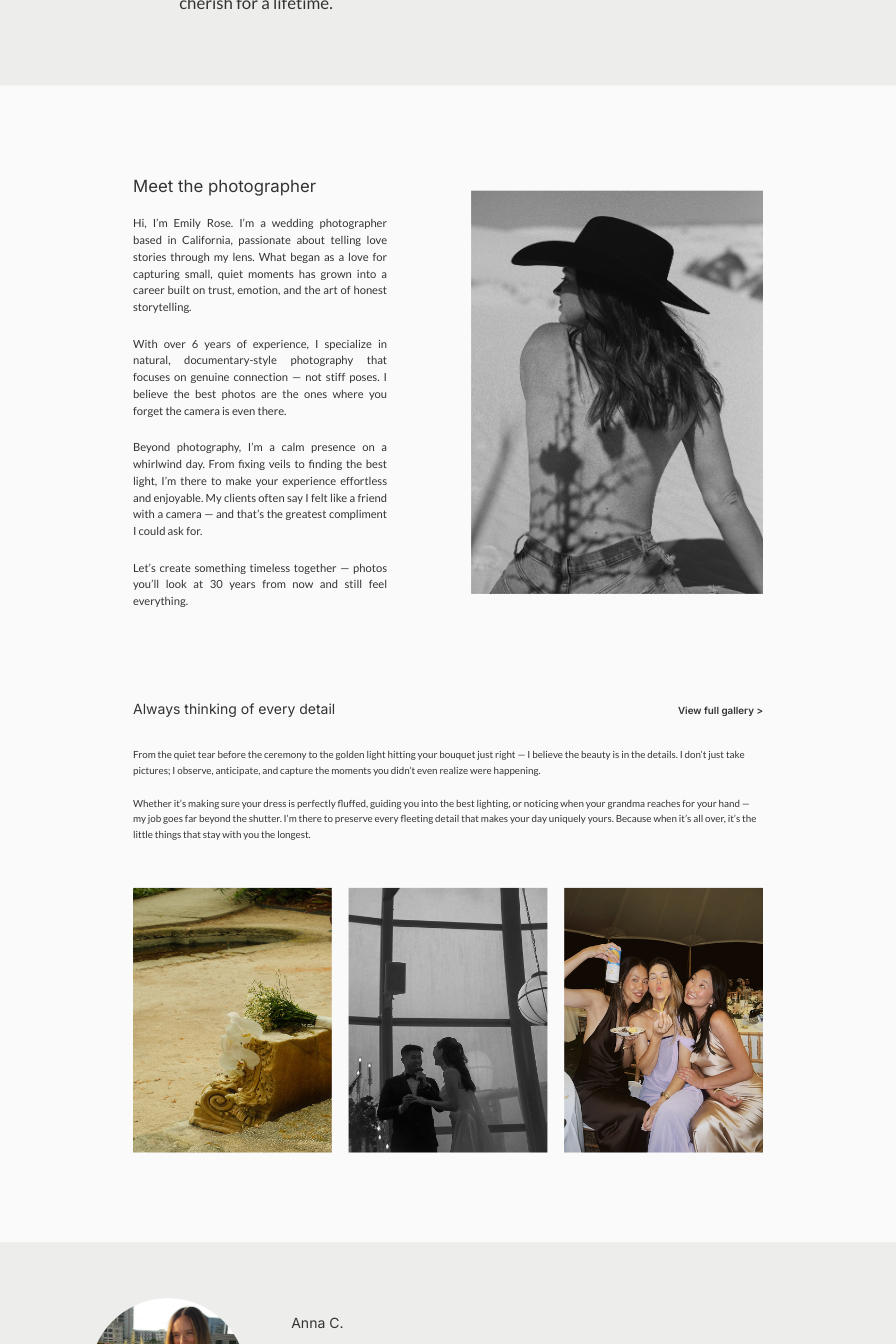
Repository: eduarda-magnago/wt-photography
Page: /
These files come from the project's save history. The page is drawn as it stood at one moment and after the next save; the edit follows.
The browser window is 1280 px wide. The pictures show the part of the page from y = 949 to 2869 px (the page is 3692 px tall before and 3722 px after), at 70% of full size.
Some web fonts or font styles are not loaded; a fallback is used. The project was rebuilt for these pictures with package versions that can differ from the ones it lists, and the page was loaded fresh each time. The framework's server and built-in components were replaced by stand-ins that run in the browser. Also part of the build but not shown: next.config.ts.

Above is the page before, as saved 2026-10-14 12:56:23.

After the next save:
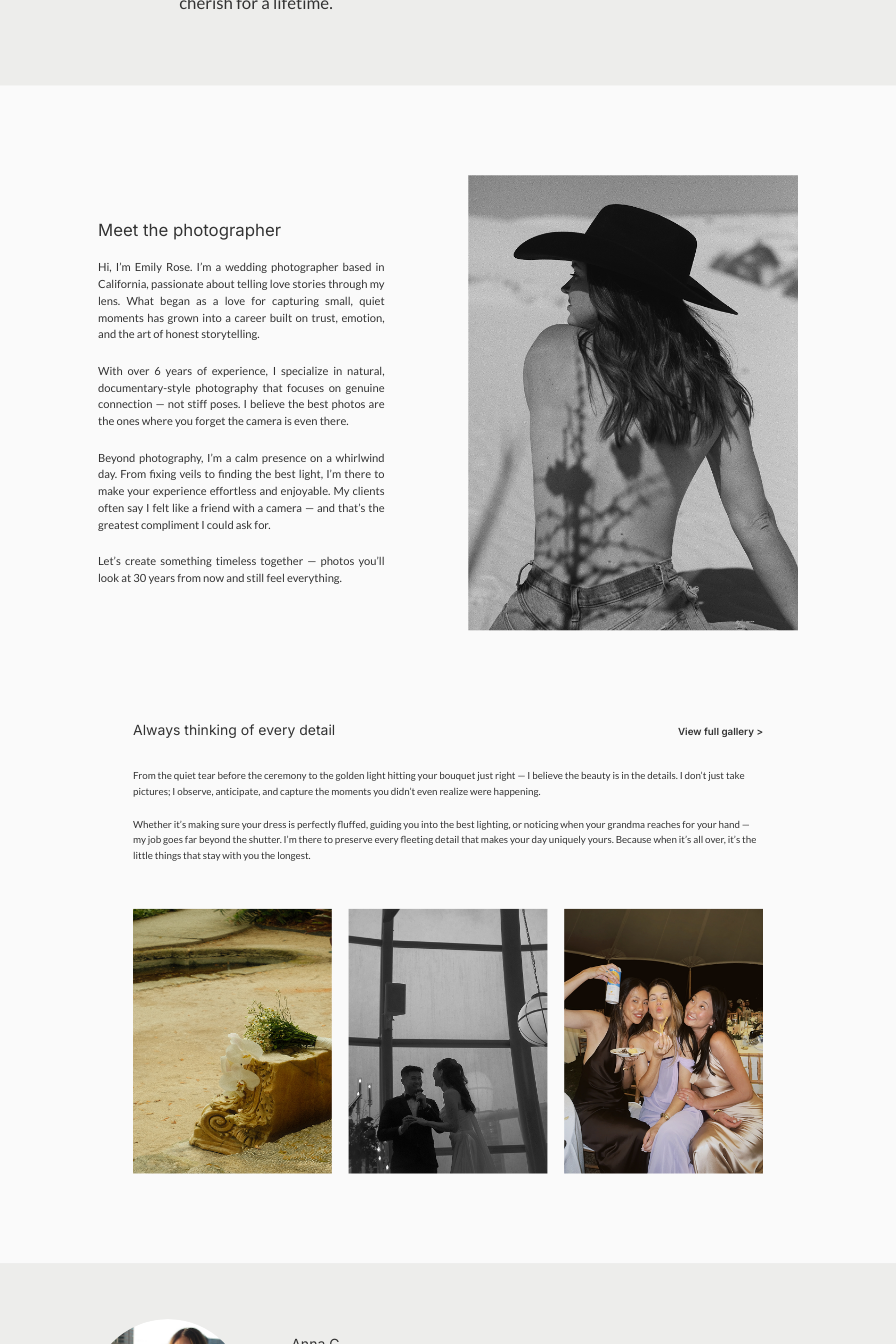
Saved 14 s later.
--- a/components/home/about.tsx
+++ b/components/home/about.tsx
@@ -3,7 +3,7 @@ import Image from "next/image";
 export default function About() {
   return (
     <section id="about" className="bg-paper px-6 py-24 md:px-14 md:py-32">
-      <div className="mx-auto grid max-w-[900px] items-center gap-12 md:grid-cols-[435fr_500fr] md:gap-x-12 xl:gap-x-[120px]">
+      <div className="mx-auto grid max-w-[1000px] items-center gap-12 md:grid-cols-[435fr_500fr] md:gap-x-12 xl:gap-x-[120px]">
         <div>
           <h2 className="font-heading text-2xl">Meet the photographer</h2>
 
